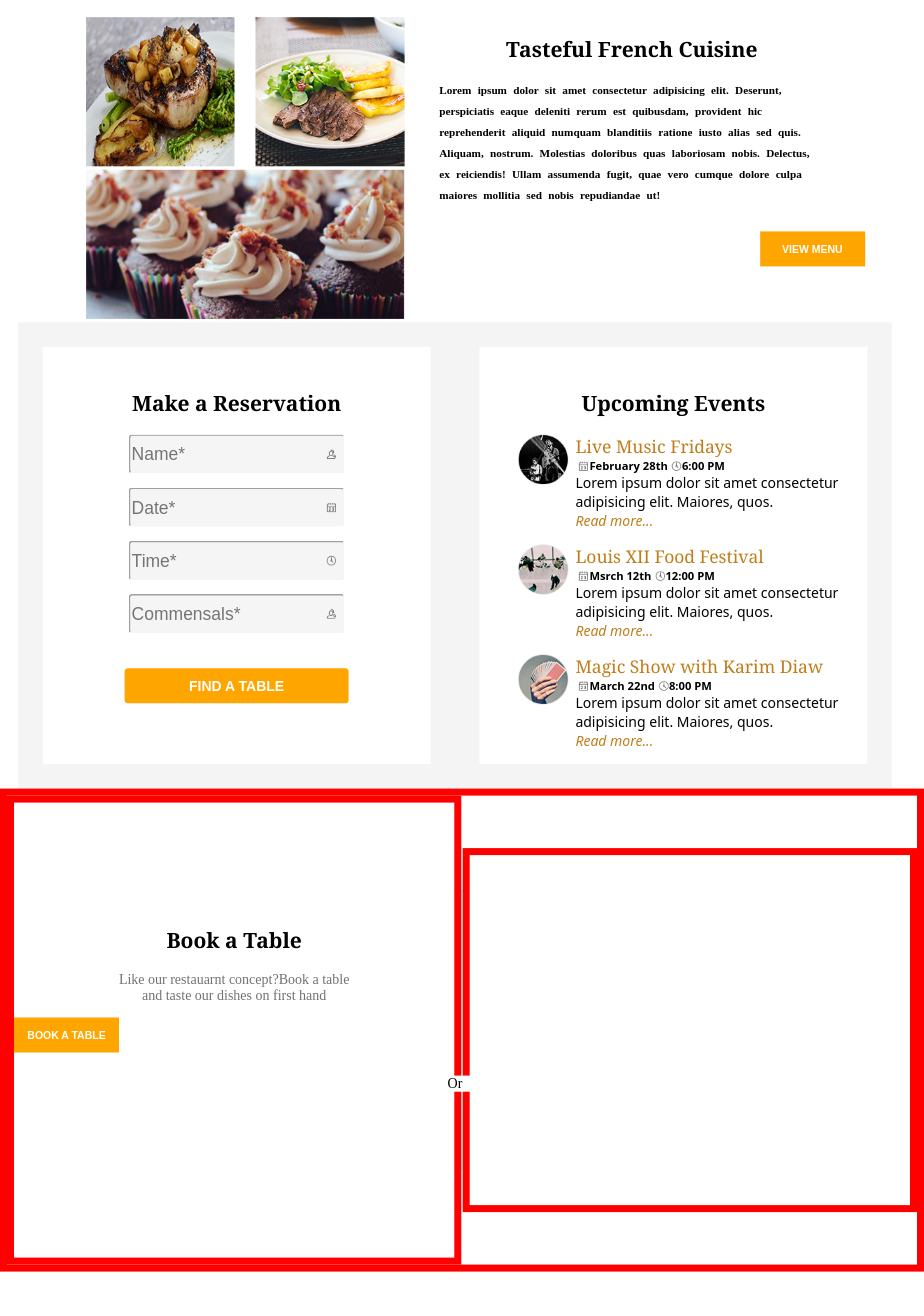
Repository: sis-shen/HTML_vsc
Page: adc_v2/index.html
An editor plug-in stored every save of this project. The page is shown before and after the next save, followed by the edit.
The browser window is 1280 px wide. The page is 1320 px wide, so the pictures cover 1320 px, including what lies to the right of the window. The pictures show the part of the page from y = 1621 to 3501 px (the page is 3501 px tall), at 70% of full size.

Above is the page before, as saved 2023-08-20 13:18:29.

After the next save:
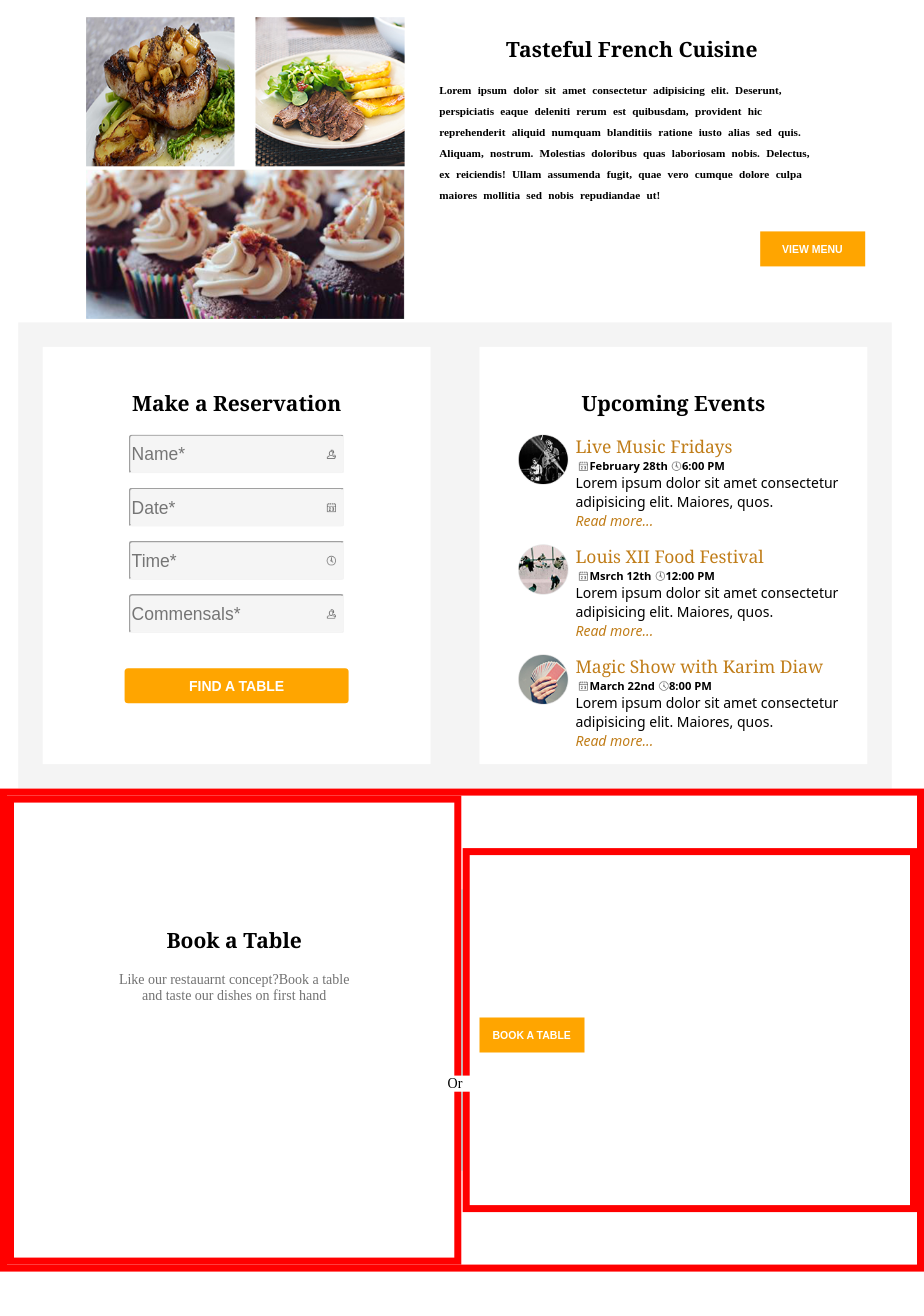
Saved 16 s later.
--- a/adc_v2/style.css
+++ b/adc_v2/style.css
@@ -543,5 +543,5 @@
 
 #book-table{
     position: relative;
-    margin: 0 auto;
-}
+    left: 50%;
+}

After the save that followed:
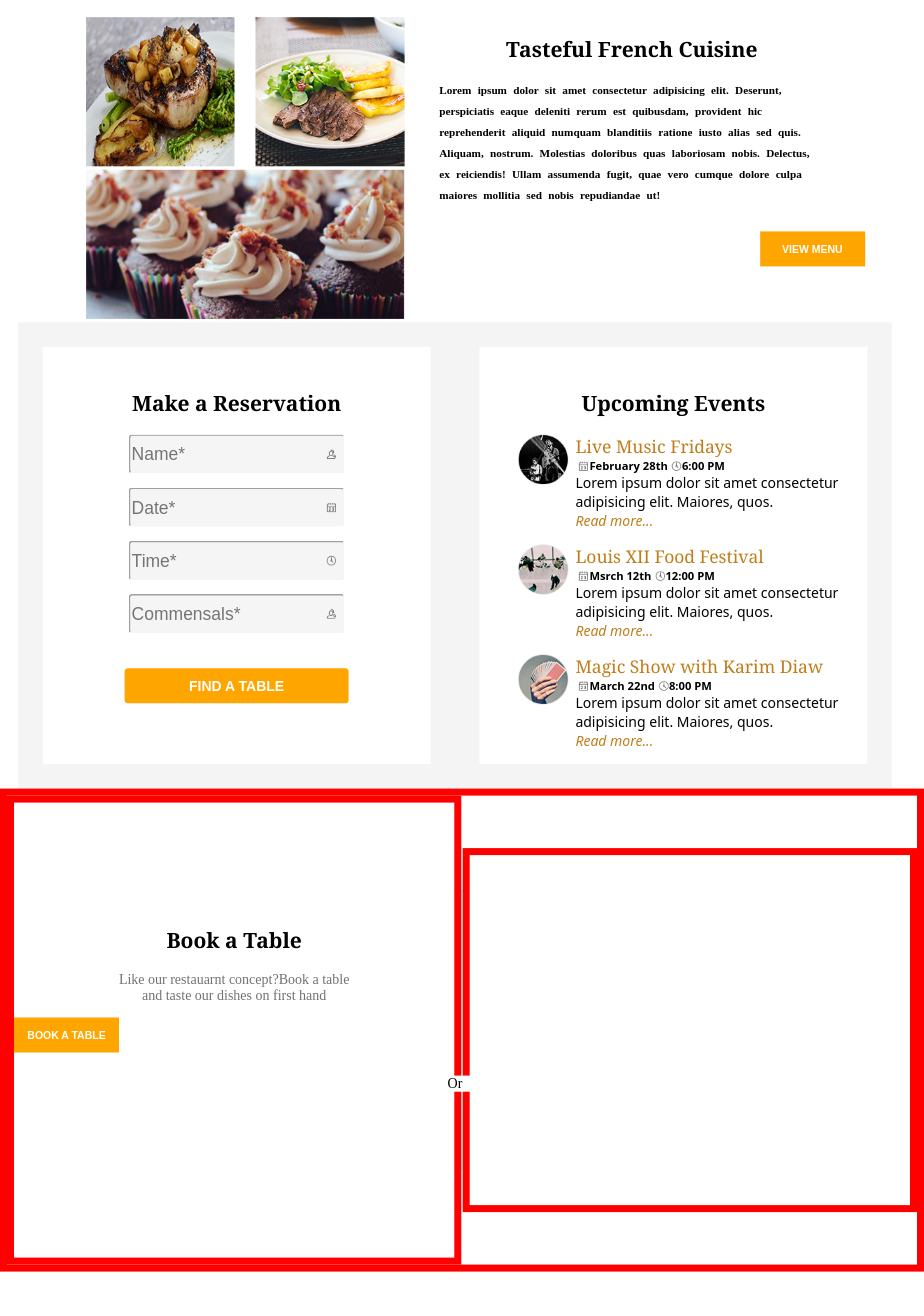
Saved 35 s later.
--- a/adc_v2/style.css
+++ b/adc_v2/style.css
@@ -543,5 +543,5 @@
 
 #book-table{
     position: relative;
-    left: 50%;
-}
+    margin: auto;
+}
